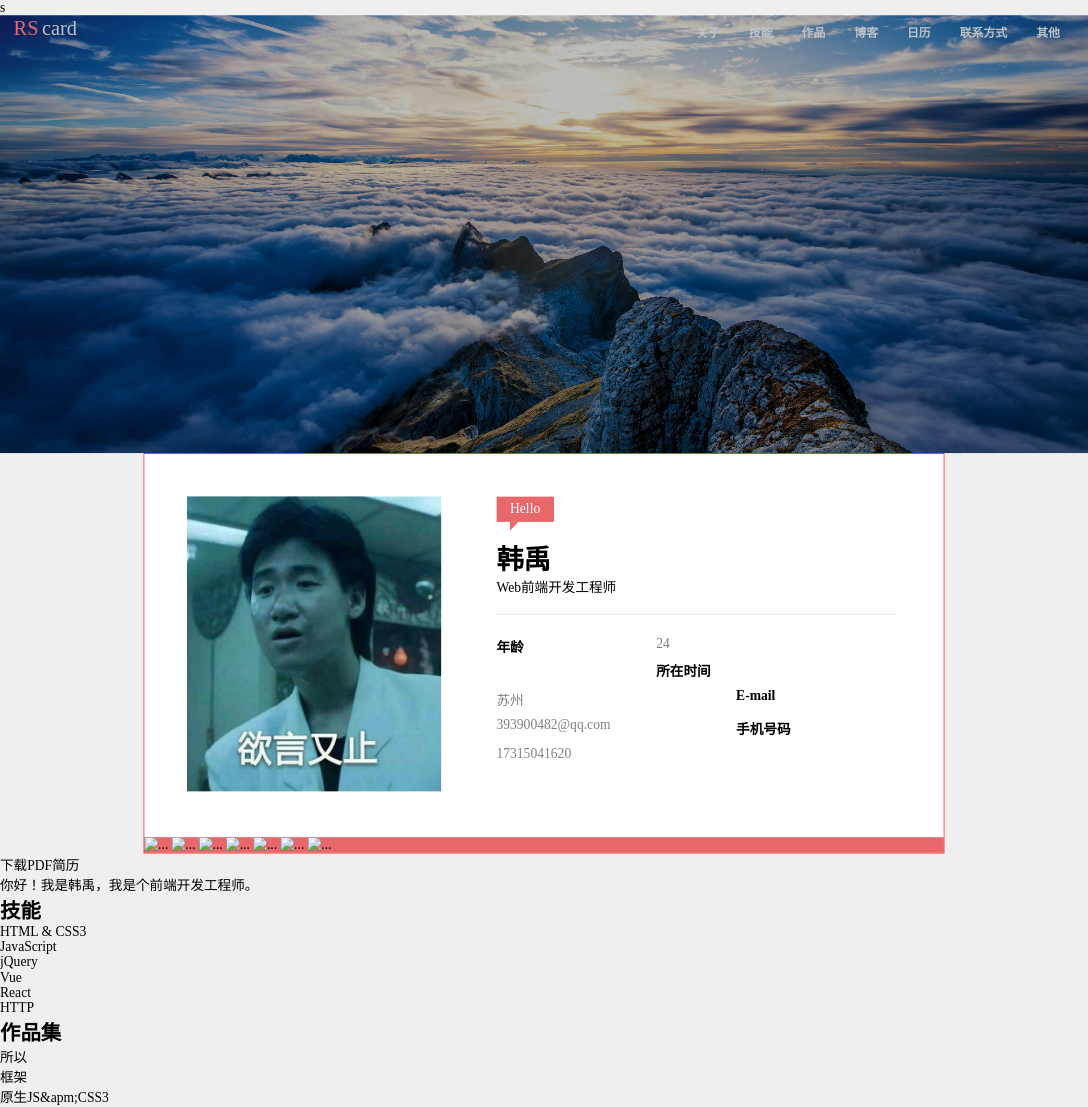
Repository: yorkHan/resume
Page: index.html
An editor plug-in stored every save of this project. The page is shown before and after the next save, followed by the edit.
The browser window is 1280 px wide. The pictures show the whole page, at 85% of full size.

Above is the page before, as saved 2018-04-10 00:22:04.

### index.html
<!DOCTYPE html>
<html lang="en">
<head>
    <meta charset="UTF-8">
    <meta name="viewport" content="width=device-width, initial-scale=1.0">
    <meta http-equiv="X-UA-Compatible" content="ie=edge">
    <title>Document</title>
    <link rel="stylesheet" href="./1.css">
    <script src="//at.alicdn.com/t/font_621912_9r2kl0u76xzb0529.js"></script>
    <style type="text/css">
        .icon {
           width: 1em; height: 1em;
           vertical-align: -0.15em;
           fill: currentColor;
           overflow: hidden;
        }
    </style>s
</head>
<body>
    <div class="topNavBar clearfix">
        <div class="topNavBar-inner clearfix">
            <a class="logo" href="#" alt="logo" style="float:left;">
                <span class="rs">RS</span><span class="card">card</span>
            </a>
            <nav>
                <ul class="clearfix" style="float: right;">
                    <li><a href="#">关于</a></li>
                    <li><a href="#">技能</a></li>
                    <li><a href="#">作品</a></li>
                    <li><a href="#">博客</a></li>
                    <li><a href="#">日历</a></li>
                    <li><a href="#">联系方式</a></li>
                    <li><a href="#">其他</a></li>
                </ul>
            </nav>
        </div>
    </div>
    <div class="banner" style="background-image: url(./images/3.jpg)">
        <div class="mask"></div>
    </div>
    <main>
        <div class="usercard">
            <div class="textAndPicture clearfix">
                <div class="pic">
                    <img src="./images/avatar.png" style="width:299px;height:347px" alt="头像">
                </div>
                <div class="text">
                    <div class="profile">
                    <span class="welcome">Hello
                        <span class="triangle"></span>
                    </span>
                    <h1>韩禹</h1>
                    <p>Web前端开发工程师</p>
                    <hr>
                    <dl>
                        <dt>年龄</dt>
                        <dd>24</dd>
                        <dt>所在时间</dt>
                        <dd>苏州</dd>
                        <dt>E-mail</dt>
                        <dd>393900482@qq.com</dd>
                        <dt>手机号码</dt>
                        <dd>17315041620</dd>
                    </dl>
                </div>
                </div>
            </div>
            <footer class="media">
                <a href="#"><img src="#" alt="..."></a>
                <a href="#"><img src="#" alt="..."></a>
                <a href="#"><img src="#" alt="..."></a>
                <a href="#"><img src="#" alt="..."></a>
                <a href="#"><img src="#" alt="..."></a>
                <a href="#"><img src="#" alt="..."></a>
                <a href="#"><img src="#" alt="..."></a>
            </footer>
        </div>
        <a href="">下载PDF简历</a>
        <p>
            你好！我是韩禹，我是个前端开发工程师。
        </p>
    </main>
    <section>
        <h2>技能</h2>
        <ol>
            <li>HTML &amp; CSS3</li>
            <li>JavaScript</li>
            <li>jQuery</li>
            <li>Vue</li>
            <li>React</li>
            <li>HTTP</li>
        </ol>
    </section>
    <section>
        <h2>作品集</h2>
        <nav>
            <ol>
                <li>所以</li>
                <li>框架</li>
                <li>原生JS&apm;CSS3</li>
            </ol>
        </nav>
        <div class="jobs">
            <div class="big"></div>
            <div class='small'></div>
            <div class="small"></div>
        </div>
    </section>
</body>
</html>

### 1.css
body{
    background-color: #EFEFEF;
    margin: 0;
}
*{
    margin: 0;
    padding: 0;
}
a{
    color: inherit;
    text-decoration: none;
}
.clearfix::after{
    content: '';
    display: block;
    clear: both;
}
.topNavBar{
    padding: 20px 0px 20px 0px;
    position: fixed;
    top:0;
    left:0;
    width:100%;
}
.topNavBar-inner{
    padding: 0 16px;
}
.topNavBar nav>ul{
    list-style: none;
    margin: 0;
    padding: 0;
}
.topNavBar nav>ul>li{
    float: left;

}
.topNavBar nav>ul>li>a{
    display: block;
    font-size: 14px;
    font-weight: bold;
    color:#c1c3c7;
    margin-left: 17px;
    margin-right: 17px;
    padding-top: 5px;
    padding-bottom: 5px;
    border-top:3px solid transparent;
    border-bottom:3px solid transparent;
}
.topNavBar nav>ul>li>a:hover{
    border-bottom:3px solid #E8676B;
}
.topNavBar .logo{
    font-family: "Arial Rounded MT Bold";
    font-size: 24px;
}
.topNavBar .logo .rs{
    margin-right: 4px;
    color:#E8676B;
}
.topNavBar .logo .card {
    color:#c1c3c7;
}
.banner{
    height: 515px;
    background-position: center center;
    background-size:cover;
}
.banner .mask{
    height: 515px;
    background-color: rgba(0, 0, 0, 0.26);
}
.usercard{
    border:1px solid red;
    max-width: 940px;
    margin-left: auto;
    margin-right: auto;
}
.text .welcome{
    padding: 4px 16px;
    line-height: 22px;
    display: inline-block;
    background-color: #E8676B;
    color: white;
    position: relative;
}
.text h1{
    margin-top:18px;
}
hr{
    height: 0;
    border:none;
    border-top: 1px solid #DEDEDE;
}

.triangle{
    display: block;
    border: 10px solid transparent;
    width: 0;
    border-left-color:#E8676B;
    border-top:0;
    position: absolute;
    top:100%;
}
.usercard .pic{
    float: left;
}
.usercard .text{
    float: left;
    margin-left: 65px;
    width: 470px;
}
.usercard .text hr{
    margin: 20px 0px;
}
.usercard footer.media {
    background: #E8676B;
}
.textAndPicture{
    background-color: #FFF;
    padding: 50px;
}
.usercard dl dt{
    float: left;
    width: 40%;
    padding: 5px 0;
    font-weight: bold;
}
.usercard dl dd{
    float: left;
    width: 60%;
    padding: 5px 0;
    color: gray;
}

After the next save:
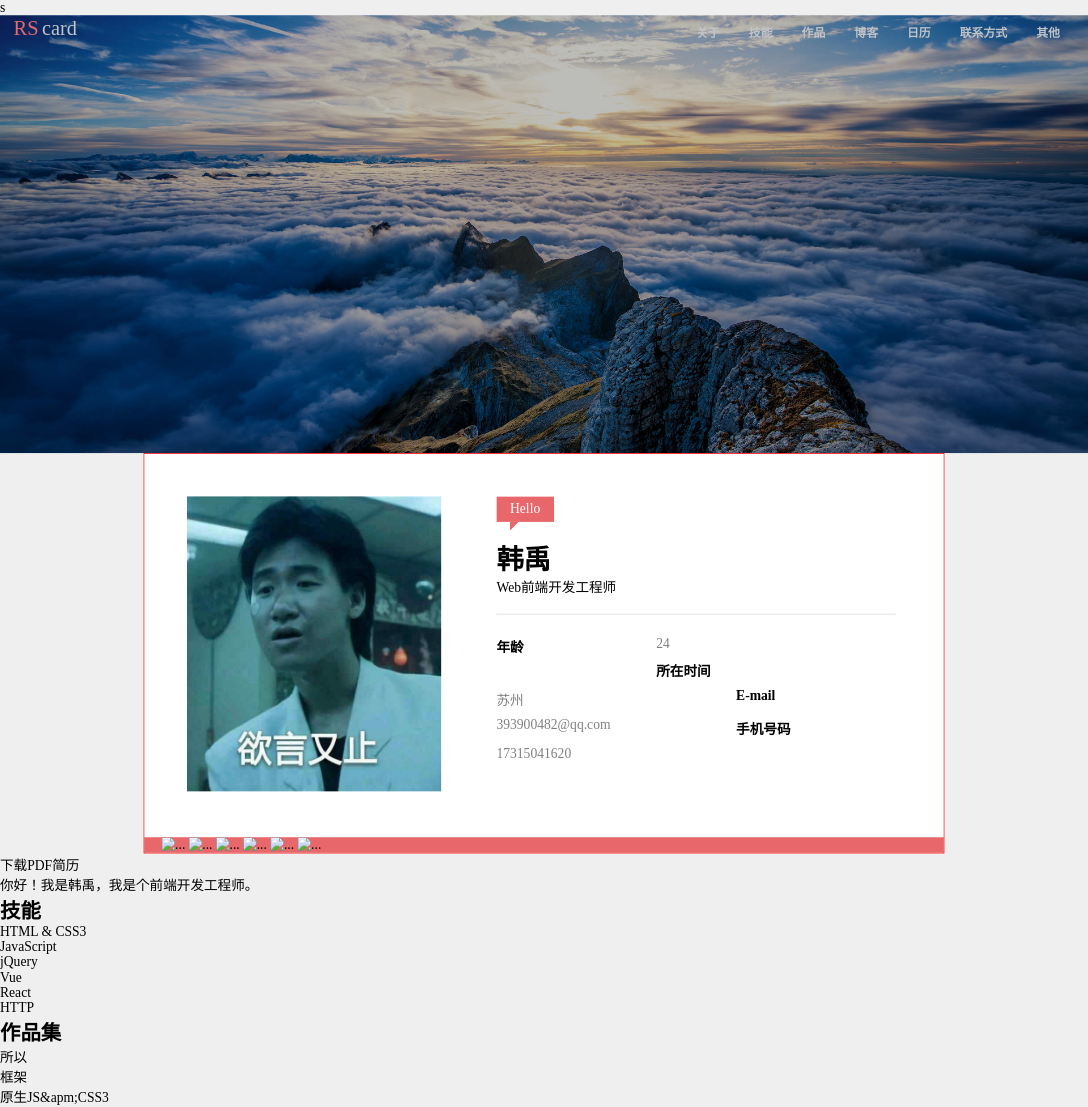
Saved 99 s later.
--- a/index.html
+++ b/index.html
@@ -66,7 +66,9 @@
                 </div>
             </div>
             <footer class="media">
-                <a href="#"><img src="#" alt="..."></a>
+                <svg class="icon" aria-hidden="true">
+                    <use xlink:href="#icon-xxx"></use>
+                </svg>
                 <a href="#"><img src="#" alt="..."></a>
                 <a href="#"><img src="#" alt="..."></a>
                 <a href="#"><img src="#" alt="..."></a>
